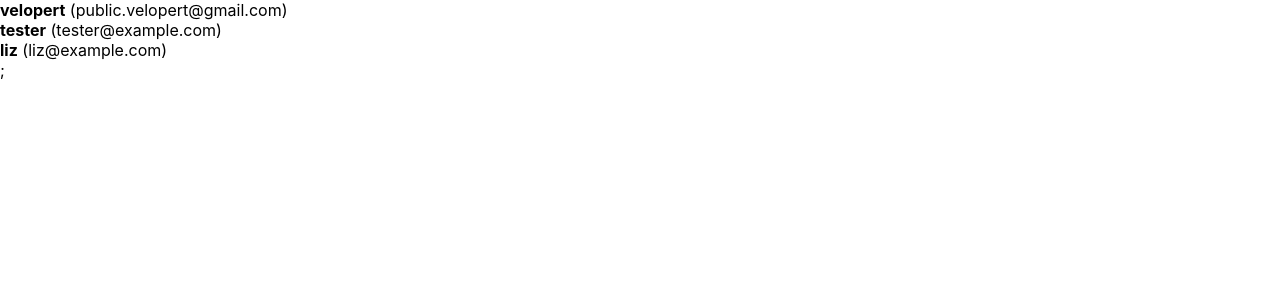
Repository: sonyohann/begin-react
Page: /
An editor plug-in stored every save of this project. The page is shown before and after the next save, followed by the edit.
The browser window is 1280 px wide. The pictures show the whole page.
The project was rebuilt for these pictures with package versions that can differ from the ones it lists, and the page was loaded fresh each time.

Above is the page before, as saved 2021-11-26 09:56:13.

After the next save:
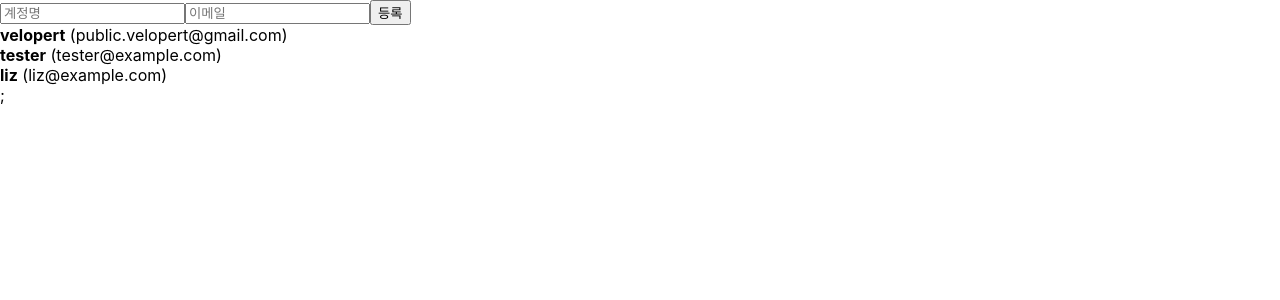
Saved 15 s later.
--- a/src/App.js
+++ b/src/App.js
@@ -1,4 +1,5 @@
 import React, { useRef } from "react";
+import CreateUser from "./CreateUser";
 import UserList from "./UserList";
 
 function App() {
@@ -27,6 +28,7 @@ function App() {
 
   return (
     <>
+      <CreateUser />
       <UserList users={users} />;
     </>
   );
